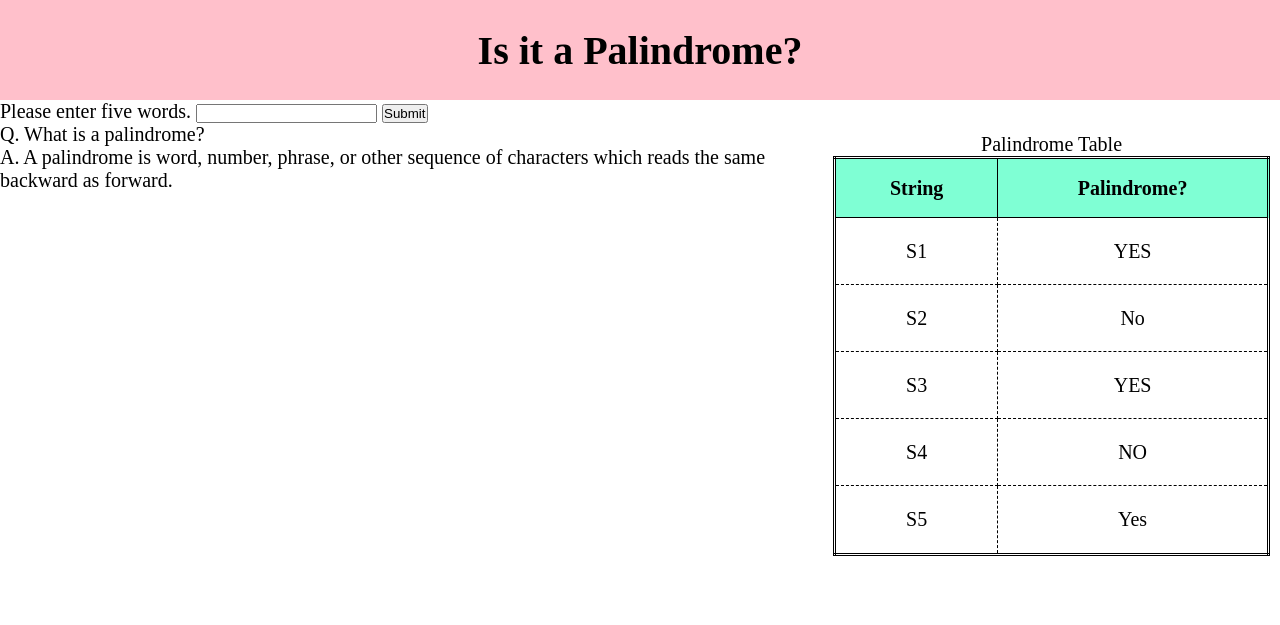
Repository: mlmEFSC21/P18-Palindrome-Table
Page: palindrome.html
An editor plug-in stored every save of this project. The page is shown before and after the next save, followed by the edit.
The browser window is 1280 px wide. The pictures show the whole page.

Above is the page before, as saved 2022-04-03 17:58:44.

### palindrome.html
<!DOCTYPE html>
<html lang="en">
    <head>
        <meta charset="UTF-8" />
        <meta http-equiv="X-UA-Compatible" content="IE=edge" />
        <meta name="viewport" content="width=device-width, initial-scale=1.0" />
        <link rel="stylesheet" href="palindrome.css" />
        <script defer src="palindrome.js"></script>
        <title>Palindrome Table</title>
    </head>
    <body>
        <header class="mainHeader">
            <h1>Is it a Palindrome?</h1>
        </header>
        <div class="mainContent">
            <div class="formContainer" id="formContainer">
                <form class="palindromeForm" id="palindromeForm">
                    <label for="stringInput">Please enter five words.</label>
                    <input
                        type="text"
                        name="stringInput"
                        class="stringInput"
                        id="stringInput"
                        required
                    />
                    <button type="submit" class="submit-btn" id="submit-btn">Submit</button>
                </form>
            </div>
            <div class="tableContainer" id="tableContainer">
                <div class="definition">
                    <p>Q. What is a palindrome?</p>
                    <p>
                        A. A palindrome is word, number, phrase, or other sequence of characters
                        which reads the same backward as forward.
                    </p>
                </div>
                <table>
                    <caption>
                        Palindrome Table
                    </caption>
                    <thead>
                        <tr>
                            <th>String</th>
                            <th>Palindrome?</th>
                        </tr>
                    </thead>
                    <tbody>
                        <tr>
                            <td class="string">S1</td>
                            <td class="yes-no">YES</td>
                        </tr>
                        <tr>
                            <td class="string">S2</td>
                            <td class="yes-no">No</td>
                        </tr>
                        <tr>
                            <td class="string">S3</td>
                            <td class="yes-no">YES</td>
                        </tr>
                        <tr>
                            <td class="string">S4</td>
                            <td class="yes-no">NO</td>
                        </tr>
                        <tr>
                            <td class="string">S5</td>
                            <td class="yes-no">Yes</td>
                        </tr>
                    </tbody>
                </table>
            </div>
        </div>
    </body>
</html>

### palindrome.css
*,
*::after,
*::before {
    box-sizing: border-box;
    margin: 0;
    padding: 0;
}
body {
    font-size: 1.25rem;
}
header {
    display: flex;
    background-color: pink;
    align-items: center;
    justify-content: center;
    height: 100px;
}
.mainContent {
    display: flex;
    flex-wrap: wrap;
    flex-basis: 500px;
    /* flex-direction: column; */
}
.formContainer {
    display: flex;
}
.tableContainer {
    display: flex;
}
.definition {
    justify-self: flex-start;
    align-self: flex-start;
}
table {
    justify-self: flex-start;
    align-self: flex-start;
    border-collapse: collapse;
    border: 3px double black;
    margin: 10px;
    padding: 10px;
    width: 500px;
    height: 400px;
    text-align: center;
}
th {
    background-color: aquamarine;
    height: 60px;
    border: 1px solid black;
    padding: 15px;
}
tr,
td {
    height: 30px;
    border: 1px dashed black;
    padding: 10px;
}

Loaded but not shown: palindrome.js (no stored copy; drawn as an empty file)

After the next save:
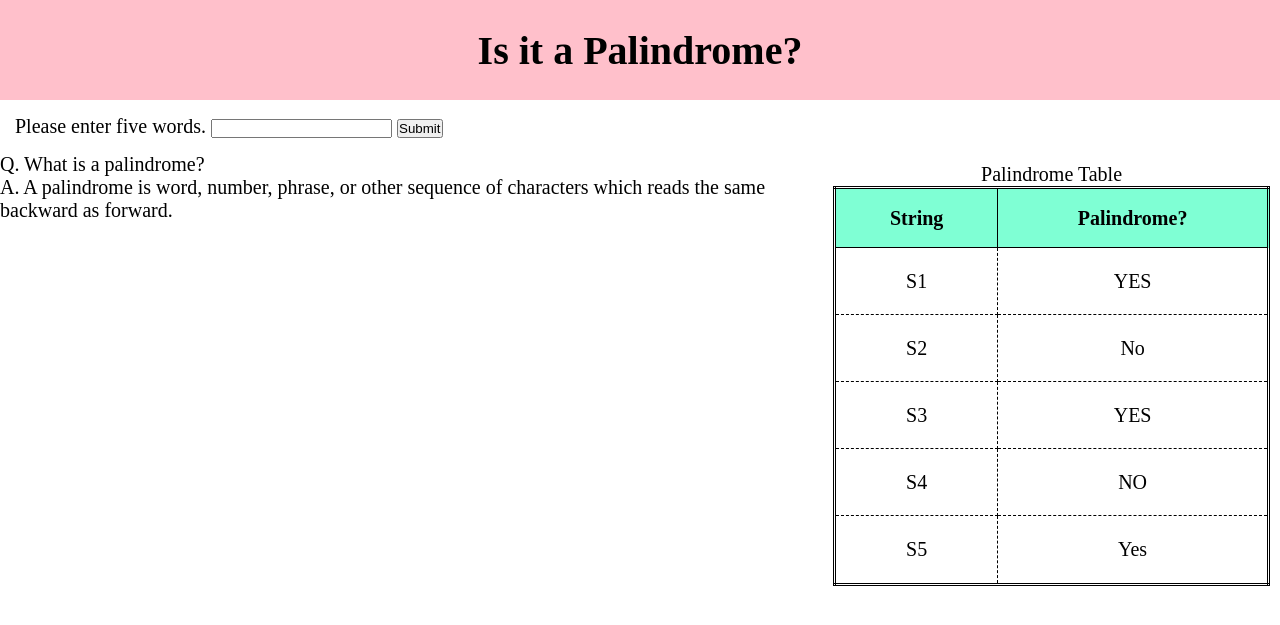
Saved 27 s later.
--- a/palindrome.css
+++ b/palindrome.css
@@ -22,7 +22,8 @@ header {
     /* flex-direction: column; */
 }
 .formContainer {
-    display: flex;
+    margin: 10px, auto;
+    padding: 15px;
 }
 .tableContainer {
     display: flex;
